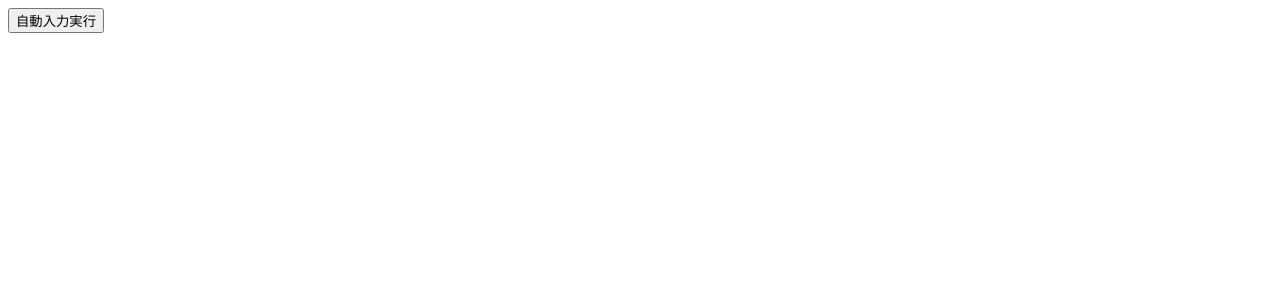
Repository: Narcissus-tazetta/AutoAttendanceForm
Page: popup.html
The author's editor kept a copy of each file at every save. The page is drawn from the files as they stood at one save, then again after the next save.
The browser window is 1280 px wide. The pictures show the whole page.

Above is the page before, as saved 2025-07-08 10:12:30.

### popup.html
<!DOCTYPE html>
<html lang="ja">
<head>
  <meta charset="UTF-8">
  <title>自動出席</title>
</head>
<body>
  <button id="run">自動入力実行</button>
  <script src="popup.js"></script>
</body>
</html>

### popup.js
document.getElementById('run').addEventListener('click', async () => {
  // content.jsを実行
  const [tab] = await chrome.tabs.query({ active: true, currentWindow: true });
  chrome.scripting.executeScript({
    target: { tabId: tab.id },
    files: ['content.js']
  });
});

After the next save:
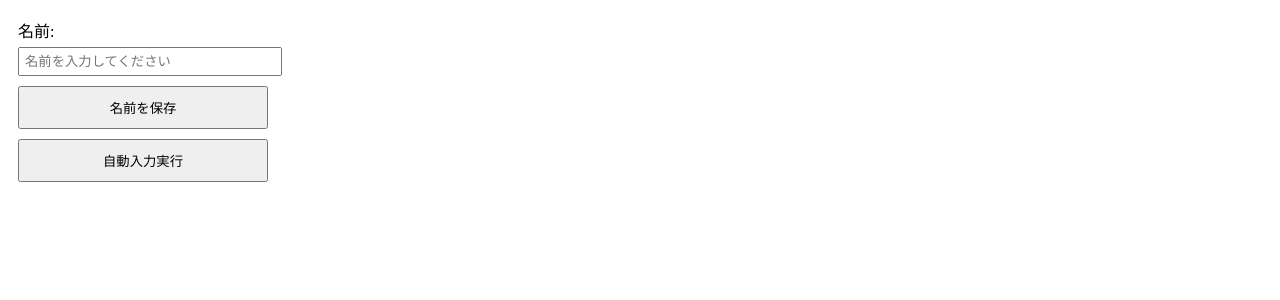
Saved 104 s later.
--- a/popup.html
+++ b/popup.html
@@ -3,8 +3,16 @@
 <head>
   <meta charset="UTF-8">
   <title>自動出席</title>
+  <style>
+    body { width: 250px; padding: 10px; }
+    input { width: 100%; margin: 5px 0; padding: 5px; }
+    button { width: 100%; padding: 10px; margin: 5px 0; }
+  </style>
 </head>
 <body>
+  <label for="nameInput">名前:</label>
+  <input type="text" id="nameInput" placeholder="名前を入力してください" />
+  <button id="save">名前を保存</button>
   <button id="run">自動入力実行</button>
   <script src="popup.js"></script>
 </body>
